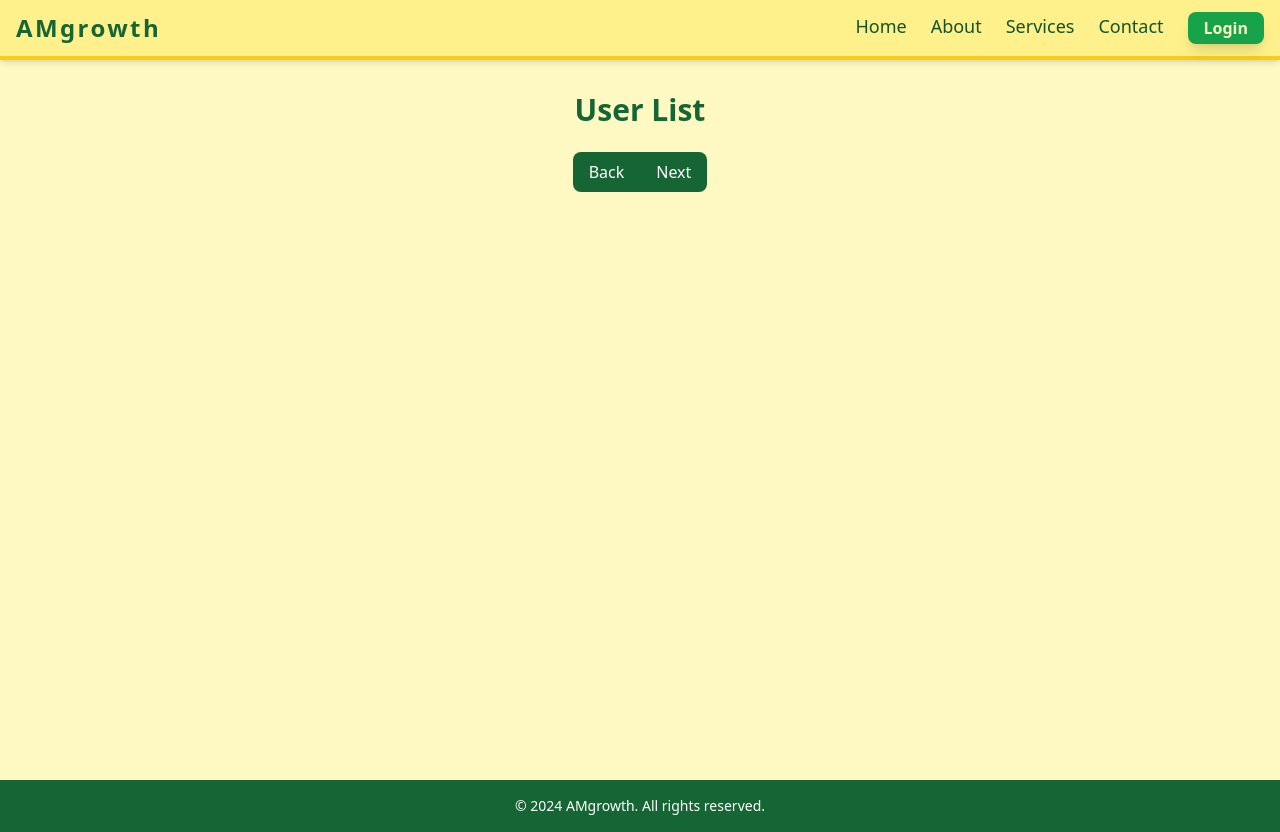
Repository: ArievfRahman-Dev/Mini-Project-II
Page: / (app in miniproject2/)
The author's editor kept a copy of each file at every save. The page is drawn from the files as they stood at one save, then again after the next save.
The browser window is 1280 px wide. The pictures show the whole page.
The page's requests for data from a server got no answer. The project was rebuilt for these pictures with package versions that can differ from the ones it lists, and the page was loaded fresh each time. No one was signed in, and anything a server would have sent is missing. Also part of the build but not shown: miniproject2/vite.config.js, miniproject2/src/pages/DetailUser/index.jsx, miniproject2/src/pages/LoginPage/index.jsx, miniproject2/src/pages/RegisterPages/index.jsx, miniproject2/src/routes/ProtectedRoute.jsx.

Above is the page before, as saved 2024-12-16 23:21:58.

### miniproject2/index.html
<!DOCTYPE html>
<html lang="en">
  <head>
    <meta charset="UTF-8" />
    <link rel="icon" type="image/svg+xml" href="/vite.svg" />
    <meta name="viewport" content="width=device-width, initial-scale=1.0" />
    <title>Vite + React</title>
    <link
      href="https://fonts.googleapis.com/css2?family=Roboto:wght@400;500;700&display=swap"
      rel="stylesheet"
    />
    <link
      href="https://cdn.jsdelivr.net/npm/remixicon/fonts/remixicon.css"
      rel="stylesheet"
    />
  </head>
  <body>
    <div id="root"></div>
    <script type="module" src="/src/main.jsx"></script>
  </body>
</html>

### miniproject2/src/App.jsx
import { BrowserRouter, Routes, Route } from "react-router-dom";
import { HomePage } from "./pages/HomePage";
import { DetailUser } from "./pages/DetailUser";
import { LoginPage } from "./pages/LoginPage";
import { RegisterPage } from "./pages/RegisterPages";
import { ProtectedRoute } from "./routes/ProtectedRoute";

export const App = () => {
  return (
    <div>
      <BrowserRouter>
        <Routes>
          <Route path="/" element={<HomePage />} />
          <Route
            path="/detail/:id"
            element={
              <ProtectedRoute>
                <DetailUser />
              </ProtectedRoute>
            }
          />
          <Route path="/login" element={<LoginPage />} />
          <Route path="/regist" element={<RegisterPage />} />
        </Routes>
      </BrowserRouter>
    </div>
  );
};

### miniproject2/src/pages/HomePage/index.jsx
import { Navbar } from "../../components/Navbar";
import { Footer } from "../../components/Footer";
import { useState, useEffect } from "react";
import axios from "axios";
import { Link } from "react-router-dom";
export const HomePage = () => {
  const [data, setData] = useState([]);
  let [page, setPage] = useState(1);
  const [totalPages, setTotalPages] = useState(1);

  const getData = async () => {
    try {
      const res = await axios.get(`https://reqres.in/api/users?page=${page}`);
      console.log(res.data.data);
      setData(res.data.data);
      setTotalPages(res.data.total_pages);
    } catch (error) {
      console.log(error);
    }
  };
  const handleNext = () => {
    setPage((page += 1));
  };
  const handleBack = () => {
    setPage(page - +1);
  };
  useEffect(() => {
    getData();
  }, [page]);

  return (
    <div>
      <Navbar />

      <div className="bg-yellow-100 min-h-screen py-8">
        <div className="container mx-auto px-4">
          <h1 className="text-3xl font-bold text-green-800 retro-font mb-6 text-center">
            User List
          </h1>
          <div className="flex justify-center mb-4">
            <button
              onClick={handleBack}
              disabled={page === 1}
              className="px-4 py-2 bg-green-600 disabled:bg-green-800 text-white rounded-l-lg hover:bg-green-700"
            >
              Back
            </button>
            <button
              onClick={handleNext}
              disabled={page === totalPages}
              className="px-4 py-2 bg-green-600 disabled:bg-green-800 text-white rounded-r-lg hover:bg-green-700"
            >
              Next
            </button>
          </div>
          <div className="grid grid-cols-1 sm:grid-cols-2 md:grid-cols-3 gap-6">
            {data.map((user) => (
              <div
                key={user.id}
                className="bg-yellow-200 border-2 border-yellow-400 shadow-lg rounded-lg p-4 flex flex-col items-center text-center"
              >
                <img
                  src={user.avatar}
                  alt="User Avatar"
                  className="w-24 h-24 rounded-full border-4 border-green-800 mb-4"
                />
                <p className="text-lg font-bold text-green-900 retro-font">
                  {user.first_name} {user.last_name}
                </p>
                <p className="text-green-800">{user.email}</p>
                <Link to={`/detail/${user.id}`}>
                  <button className=" mt-2 px-4 py-1 font-semibold  text-yellow-100 transition-colors bg-green-600 rounded-lg hover:bg-green-800 retro-font shadow-lg">
                    Detail User
                  </button>
                </Link>
              </div>
            ))}
          </div>
        </div>
      </div>
      <Footer />
    </div>
  );
};

### miniproject2/src/components/Navbar/index.jsx
import { Link, useNavigate } from "react-router-dom";
import { useState } from "react";

export const Navbar = () => {
  const navigate = useNavigate();
  const token = localStorage.getItem("access_token");
  const [isMenuOpen, setIsMenuOpen] = useState(false);
  const [activeLink, setActiveLink] = useState("");

  const handleLogout = () => {
    localStorage.clear();
    setTimeout(() => {
      navigate("/login");
    }, 1000);
  };

  const toggleMenu = () => {
    setIsMenuOpen((prevState) => !prevState);
  };

  const closeMenu = () => {
    setIsMenuOpen(false);
  };

  const handleLinkClick = (sectionId) => {
    setActiveLink(sectionId);
    closeMenu(); // Close the menu when a link is clicked
  };

  return (
    <nav className="sticky top-0 z-50 bg-yellow-200 border-b-4 border-yellow-400 shadow-md">
      <div className="container mx-auto px-4 py-3 flex justify-between items-center">
        <Link
          to="/"
          className="text-2xl font-bold text-green-800 retro-font tracking-widest"
        >
          AMgrowth
        </Link>

        {/* Desktop Navigation Links */}
        <div className="hidden md:flex space-x-6">
          <Link
            to="/"
            className={`text-green-900 hover:text-yellow-700 font-medium text-lg ${
              activeLink === "home" ? "text-yellow-700" : ""
            }`}
            onClick={() => handleLinkClick("home")}
          >
            Home
          </Link>
          <Link
            to="/about"
            className={`text-green-900 hover:text-yellow-700 font-medium text-lg ${
              activeLink === "about" ? "text-yellow-700" : ""
            }`}
            onClick={() => handleLinkClick("about")}
          >
            About
          </Link>
          <Link
            to="/services"
            className={`text-green-900 hover:text-yellow-700 font-medium text-lg ${
              activeLink === "services" ? "text-yellow-700" : ""
            }`}
            onClick={() => handleLinkClick("services")}
          >
            Services
          </Link>
          <Link
            to="/contact"
            className={`text-green-900 hover:text-yellow-700 font-medium text-lg ${
              activeLink === "contact" ? "text-yellow-700" : ""
            }`}
            onClick={() => handleLinkClick("contact")}
          >
            Contact
          </Link>
          {token ? (
            <button
              className="px-4 py-1 font-semibold text-yellow-100 transition-colors bg-gray-500 rounded-lg hover:bg-gray-600 retro-font shadow-lg"
              onClick={handleLogout}
            >
              Logout
            </button>
          ) : (
            <Link
              to="/login"
              className="px-4 py-1 font-semibold text-yellow-100 transition-colors bg-green-600 rounded-lg hover:bg-green-800 retro-font shadow-lg"
            >
              Login
            </Link>
          )}
        </div>

        {/* Hamburger Icon for Mobile */}
        <div className="md:hidden" onClick={toggleMenu}>
          <i className={isMenuOpen ? "ri-close-line" : "ri-menu-line"}></i>
        </div>
      </div>

      {/* Mobile Navigation Menu */}
      {isMenuOpen && (
        <div className="md:hidden flex flex-col items-center py-3 bg-yellow-200">
          <Link
            to="/"
            className={`text-green-900 hover:text-yellow-700 font-medium text-lg py-2 ${
              activeLink === "home" ? "text-yellow-700" : ""
            }`}
            onClick={() => handleLinkClick("home")}
          >
            Home
          </Link>
          <Link
            to="/about"
            className={`text-green-900 hover:text-yellow-700 font-medium text-lg py-2 ${
              activeLink === "about" ? "text-yellow-700" : ""
            }`}
            onClick={() => handleLinkClick("about")}
          >
            About
          </Link>
          <Link
            to="/services"
            className={`text-green-900 hover:text-yellow-700 font-medium text-lg py-2 ${
              activeLink === "services" ? "text-yellow-700" : ""
            }`}
            onClick={() => handleLinkClick("services")}
          >
            Services
          </Link>
          <Link
            to="/contact"
            className={`text-green-900 hover:text-yellow-700 font-medium text-lg py-2 ${
              activeLink === "contact" ? "text-yellow-700" : ""
            }`}
            onClick={() => handleLinkClick("contact")}
          >
            Contact
          </Link>
          {token ? (
            <button
              className="px-4 py-2 font-semibold text-yellow-100 bg-gray-500 rounded-lg hover:bg-gray-600 retro-font shadow-lg mt-2"
              onClick={handleLogout}
            >
              Logout
            </button>
          ) : (
            <Link
              to="/login"
              className="px-4 py-2 font-semibold text-yellow-100 bg-green-600 rounded-lg hover:bg-green-800 retro-font shadow-lg mt-2"
              onClick={closeMenu}
            >
              Login
            </Link>
          )}
        </div>
      )}
    </nav>
  );
};

### miniproject2/src/components/Footer/index.jsx
export const Footer = () => {
  return (
    <div className="bg-green-800 text-white py-4">
      <div className="container mx-auto text-center">
        <p className="text-sm">
          &copy; {new Date().getFullYear()} AMgrowth. All rights reserved.
        </p>
      </div>
    </div>
  );
};

Loaded but not shown: miniproject2/src/main.jsx (common file); miniproject2/src/index.css (common file); miniproject2/tailwind.config.js (common file)

After the next save:
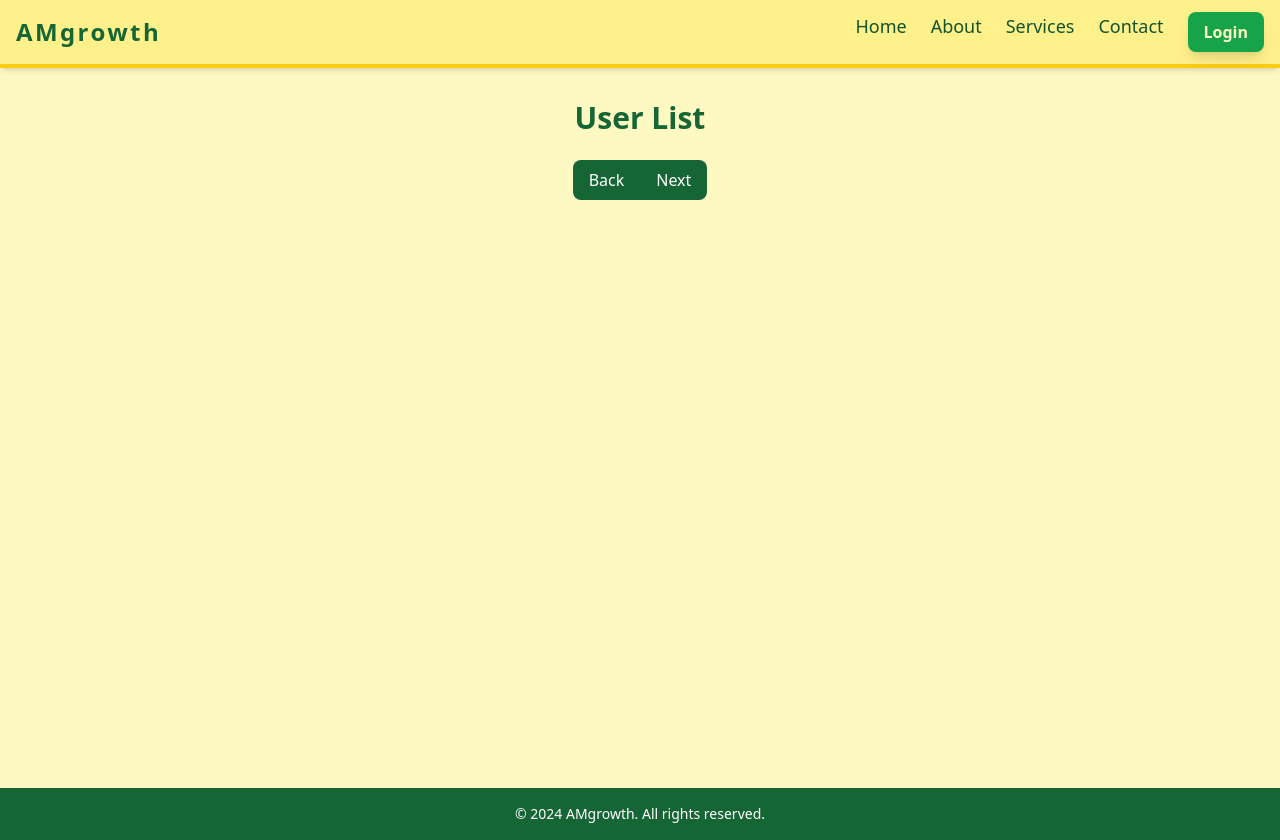
Saved 5 min 50 s later.
--- a/miniproject2/src/components/Navbar/index.jsx
+++ b/miniproject2/src/components/Navbar/index.jsx
@@ -5,31 +5,21 @@ export const Navbar = () => {
   const navigate = useNavigate();
   const token = localStorage.getItem("access_token");
   const [isMenuOpen, setIsMenuOpen] = useState(false);
-  const [activeLink, setActiveLink] = useState("");
 
   const handleLogout = () => {
     localStorage.clear();
-    setTimeout(() => {
-      navigate("/login");
-    }, 1000);
+    setTimeout(() => navigate("/login"), 1000);
   };
 
-  const toggleMenu = () => {
-    setIsMenuOpen((prevState) => !prevState);
-  };
+  const toggleMenu = () => setIsMenuOpen((prevState) => !prevState);
 
-  const closeMenu = () => {
-    setIsMenuOpen(false);
-  };
-
-  const handleLinkClick = (sectionId) => {
-    setActiveLink(sectionId);
-    closeMenu(); // Close the menu when a link is clicked
-  };
+  // Close the menu when a menu item is clicked
+  const closeMenu = () => setIsMenuOpen(false);
 
   return (
     <nav className="sticky top-0 z-50 bg-yellow-200 border-b-4 border-yellow-400 shadow-md">
       <div className="container mx-auto px-4 py-3 flex justify-between items-center">
+        {/* Logo */}
         <Link
           to="/"
           className="text-2xl font-bold text-green-800 retro-font tracking-widest"
@@ -41,43 +31,33 @@ export const Navbar = () => {
         <div className="hidden md:flex space-x-6">
           <Link
             to="/"
-            className={`text-green-900 hover:text-yellow-700 font-medium text-lg ${
-              activeLink === "home" ? "text-yellow-700" : ""
-            }`}
-            onClick={() => handleLinkClick("home")}
+            className="text-green-900 hover:text-yellow-700 font-medium text-lg"
           >
             Home
           </Link>
           <Link
             to="/about"
-            className={`text-green-900 hover:text-yellow-700 font-medium text-lg ${
-              activeLink === "about" ? "text-yellow-700" : ""
-            }`}
-            onClick={() => handleLinkClick("about")}
+            className="text-green-900 hover:text-yellow-700 font-medium text-lg"
           >
             About
           </Link>
           <Link
             to="/services"
-            className={`text-green-900 hover:text-yellow-700 font-medium text-lg ${
-              activeLink === "services" ? "text-yellow-700" : ""
-            }`}
-            onClick={() => handleLinkClick("services")}
+            className="text-green-900 hover:text-yellow-700 font-medium text-lg"
           >
             Services
           </Link>
           <Link
             to="/contact"
-            className={`text-green-900 hover:text-yellow-700 font-medium text-lg ${
-              activeLink === "contact" ? "text-yellow-700" : ""
-            }`}
-            onClick={() => handleLinkClick("contact")}
+            className="text-green-900 hover:text-yellow-700 font-medium text-lg"
           >
             Contact
           </Link>
+
+          {/* Login/Logout Button */}
           {token ? (
             <button
-              className="px-4 py-1 font-semibold text-yellow-100 transition-colors bg-gray-500 rounded-lg hover:bg-gray-600 retro-font shadow-lg"
+              className="px-4 py-2 font-semibold text-yellow-100 bg-gray-500 rounded-lg hover:bg-gray-600 retro-font shadow-lg"
               onClick={handleLogout}
             >
               Logout
@@ -85,7 +65,7 @@ export const Navbar = () => {
           ) : (
             <Link
               to="/login"
-              className="px-4 py-1 font-semibold text-yellow-100 transition-colors bg-green-600 rounded-lg hover:bg-green-800 retro-font shadow-lg"
+              className="px-4 py-2 font-semibold text-yellow-100 bg-green-600 rounded-lg hover:bg-green-800 retro-font shadow-lg"
             >
               Login
             </Link>
@@ -98,45 +78,47 @@ export const Navbar = () => {
         </div>
       </div>
 
-      {/* Mobile Navigation Menu */}
+      {/* Mobile Menu Links */}
       {isMenuOpen && (
         <div className="md:hidden flex flex-col items-center py-3 bg-yellow-200">
           <Link
             to="/"
-            className={`text-green-900 hover:text-yellow-700 font-medium text-lg py-2 ${
-              activeLink === "home" ? "text-yellow-700" : ""
-            }`}
-            onClick={() => handleLinkClick("home")}
+            className="text-green-900 hover:text-yellow-700 font-medium text-lg py-2"
+            onClick={() => {
+              closeMenu();
+            }}
           >
             Home
           </Link>
           <Link
             to="/about"
-            className={`text-green-900 hover:text-yellow-700 font-medium text-lg py-2 ${
-              activeLink === "about" ? "text-yellow-700" : ""
-            }`}
-            onClick={() => handleLinkClick("about")}
+            className="text-green-900 hover:text-yellow-700 font-medium text-lg py-2"
+            onClick={() => {
+              closeMenu();
+            }}
           >
             About
           </Link>
           <Link
             to="/services"
-            className={`text-green-900 hover:text-yellow-700 font-medium text-lg py-2 ${
-              activeLink === "services" ? "text-yellow-700" : ""
-            }`}
-            onClick={() => handleLinkClick("services")}
+            className="text-green-900 hover:text-yellow-700 font-medium text-lg py-2"
+            onClick={() => {
+              closeMenu();
+            }}
           >
             Services
           </Link>
           <Link
             to="/contact"
-            className={`text-green-900 hover:text-yellow-700 font-medium text-lg py-2 ${
-              activeLink === "contact" ? "text-yellow-700" : ""
-            }`}
-            onClick={() => handleLinkClick("contact")}
+            className="text-green-900 hover:text-yellow-700 font-medium text-lg py-2"
+            onClick={() => {
+              closeMenu();
+            }}
           >
             Contact
           </Link>
+
+          {/* Login/Logout Button */}
           {token ? (
             <button
               className="px-4 py-2 font-semibold text-yellow-100 bg-gray-500 rounded-lg hover:bg-gray-600 retro-font shadow-lg mt-2"
